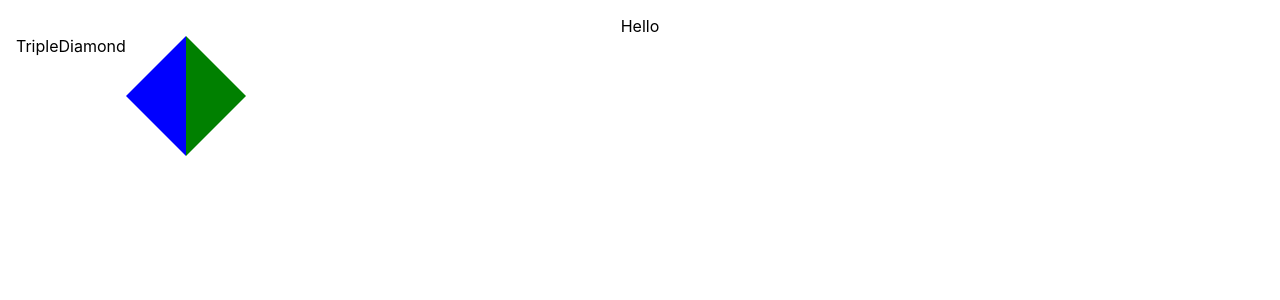
Repository: YingCG/interaction-design
Page: /
The author's editor kept a copy of each file at every save. The page is drawn from the files as they stood at one save, then again after the next save.
The browser window is 1280 px wide. The pictures show the whole page.
The project was rebuilt for these pictures with package versions that can differ from the ones it lists, and the page was loaded fresh each time.

Above is the page before, as saved 2023-09-07 10:09:31.

### src/App.js
import logo from "./logo.svg";
import "./App.css";
import TripleDiamond from "./TripleDiamond";

function App() {
  return (
    <div className="App">
      Hello
      <TripleDiamond />
    </div>
  );
}

export default App;

### src/App.css
.App {
  text-align: center;
  padding: 1em;
}

.arrow-right {
  width: 0;
  height: 0;
  border-top: 60px solid transparent;
  border-bottom: 60px solid transparent;

  border-left: 60px solid green;
}

.arrow-left {
  width: 0;
  height: 0;
  border-top: 60px solid transparent;
  border-bottom: 60px solid transparent;

  border-right: 60px solid blue;
}

.container {
  display: flex;
}

### src/TripleDiamond.jsx
import React from "react";

function TripleDiamond() {
  return (
    <div className="container">
      TripleDiamond
      <div className="arrow-left"></div>
      <div className="arrow-right"></div>
    </div>
  );
}

export default TripleDiamond;

Loaded but not shown: public/index.html (common file); src/index.js (common file); src/index.css (common file); src/reportWebVitals.js (common file)

After the next save:
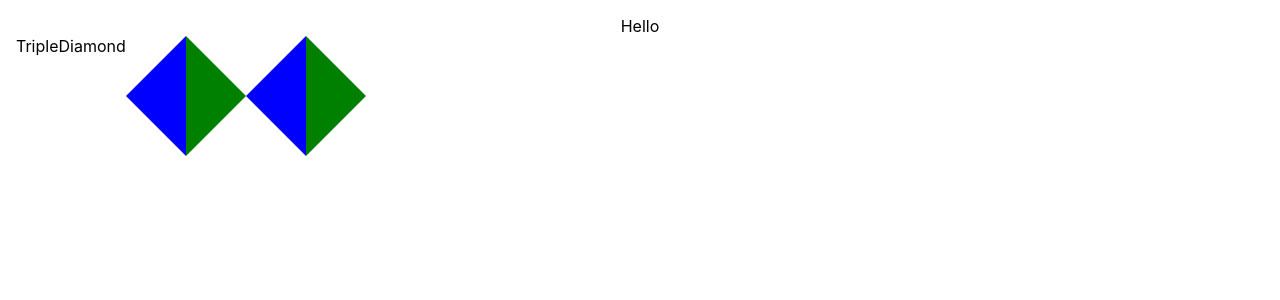
Saved 39 s later.
--- a/src/TripleDiamond.jsx
+++ b/src/TripleDiamond.jsx
@@ -6,6 +6,8 @@ function TripleDiamond() {
       TripleDiamond
       <div className="arrow-left"></div>
       <div className="arrow-right"></div>
+      <div className="arrow-left"></div>
+      <div className="arrow-right"></div>
     </div>
   );
 }
